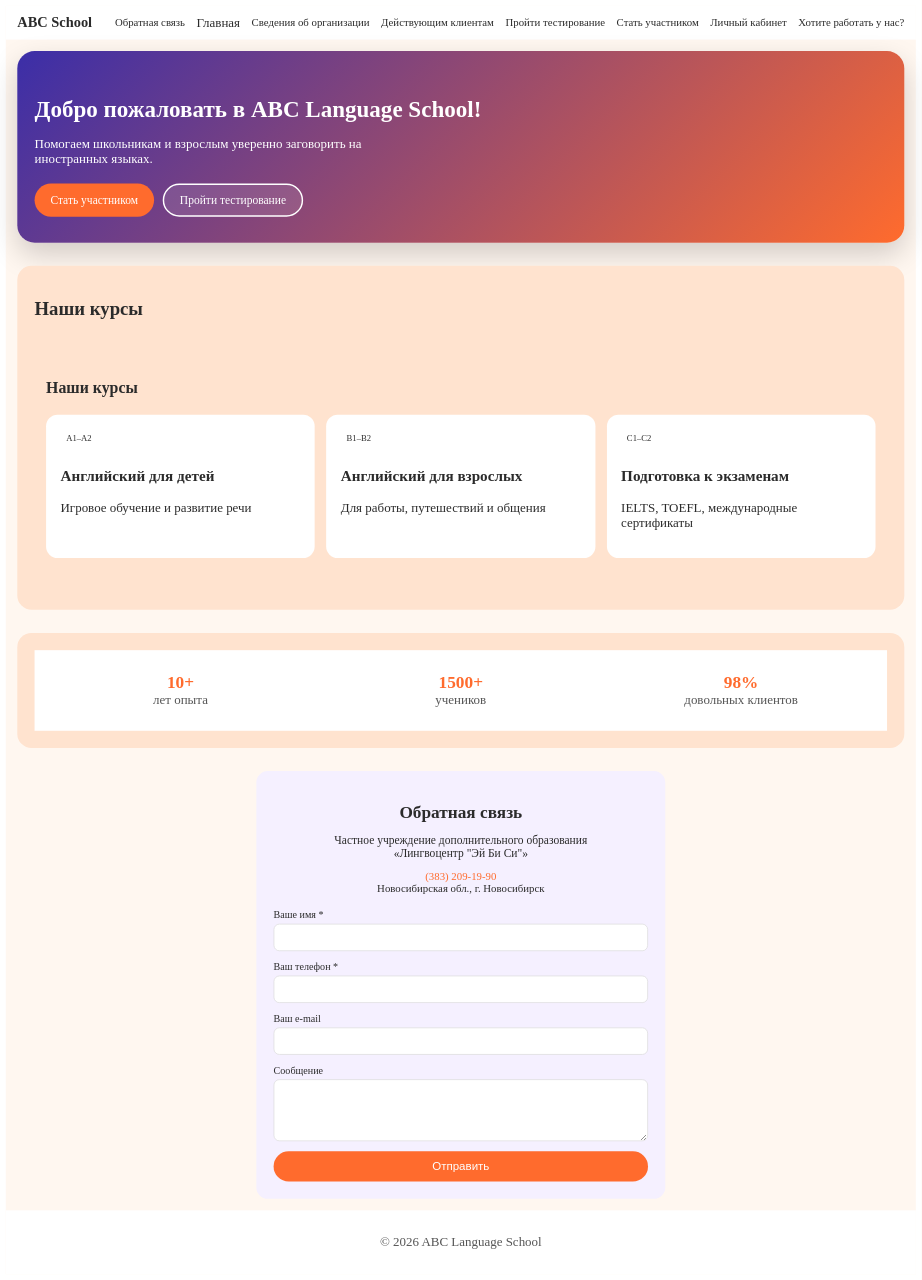
Repository: vidergooold/abc-language-school
Page: / (app in frontend/)
The author's editor kept a copy of each file at every save. The page is drawn from the files as they stood at one save, then again after the next save.
The browser window is 1280 px wide. The pictures show the whole page, at 72% of full size.
The project was rebuilt for these pictures with package versions that can differ from the ones it lists, and the page was loaded fresh each time. Also part of the build but not shown: frontend/vite.config.ts, frontend/src/components/courses/CoursesFilter.vue, frontend/src/components/courses/CourseCard.vue, frontend/src/components/courses/CoursesGrid.vue, frontend/src/pages/Courses.vue, frontend/src/pages/Login.vue, frontend/src/pages/Register.vue, frontend/src/components/layout/AccountLayout.vue and 2 more.

Above is the page before, as saved 2026-01-10 21:12:06.

After the next save:
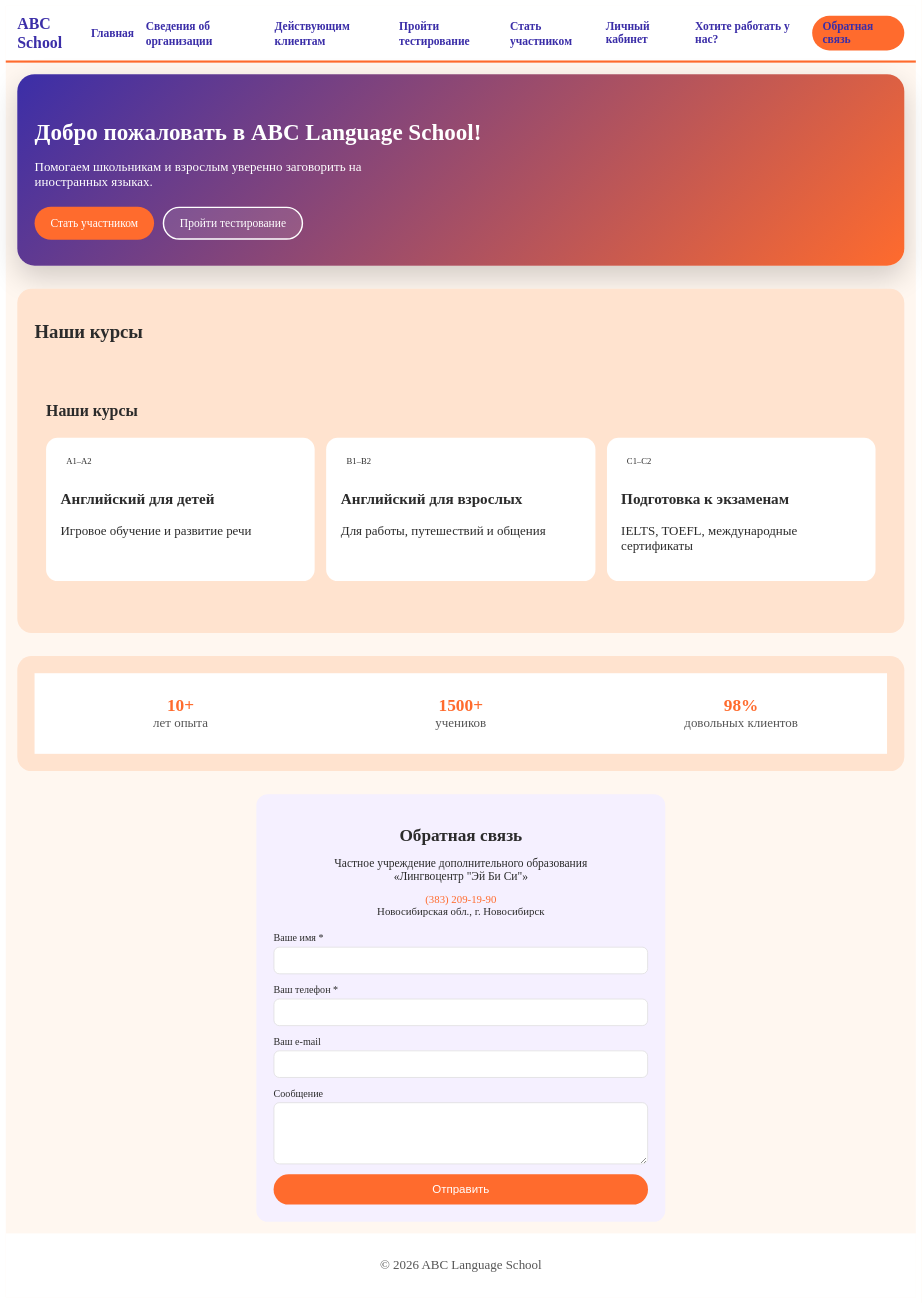
Saved 29 s later.
--- a/frontend/src/components/layout/Header.vue
+++ b/frontend/src/components/layout/Header.vue
@@ -3,12 +3,8 @@
     <div class="logo">ABC School</div>
 
     <nav class="nav">
-      <RouterLink to="/#feedback" class="nav-item">
-        Обратная связь
-      </RouterLink>
       <RouterLink to="/">Главная</RouterLink>
 
-      <!-- Сведения об образовательной организации -->
       <div class="nav-item nav-dropdown">
         <span>Сведения об организации</span>
         <div class="nav-dropdown__menu">
@@ -28,7 +24,6 @@
         </div>
       </div>
 
-      <!-- Действующим клиентам -->
       <div class="nav-item nav-dropdown">
         <span>Действующим клиентам</span>
         <div class="nav-dropdown__menu">
@@ -45,7 +40,6 @@
         </div>
       </div>
 
-      <!-- Пройти тестирование -->
       <div class="nav-item nav-dropdown">
         <span>Пройти тестирование</span>
         <div class="nav-dropdown__menu">
@@ -57,7 +51,6 @@
         </div>
       </div>
 
-      <!-- Стать участником -->
       <div class="nav-item nav-dropdown">
         <span>Стать участником</span>
         <div class="nav-dropdown__menu">
@@ -69,14 +62,16 @@
         </div>
       </div>
 
-      <!-- Личный кабинет -->
       <RouterLink to="/account" class="nav-item">
         Личный кабинет
       </RouterLink>
 
-      <!-- Хотите работать у нас? -->
       <RouterLink to="/jobs" class="nav-item">
         Хотите работать у нас?
+      </RouterLink>
+
+      <RouterLink to="/#feedback" class="nav-item nav-feedback">
+        Обратная связь
       </RouterLink>
     </nav>
   </header>
@@ -92,12 +87,14 @@ import { RouterLink } from 'vue-router'
   justify-content: space-between;
   align-items: center;
   padding: 12px 16px;
-  background: var(--bg-white);
+  background: #ffffff;
+  border-bottom: 3px solid var(--brand-orange);
 }
 
 .logo {
   font-weight: 700;
-  font-size: 20px;
+  font-size: 22px;
+  color: var(--brand-purple);
 }
 
 .nav {
@@ -106,35 +103,36 @@ import { RouterLink } from 'vue-router'
   align-items: center;
 }
 
+.nav a,
+.nav-item span {
+  font-size: 16px;
+  font-weight: 600;
+  color: var(--brand-purple);
+  text-decoration: none;
+}
+
 .nav-item {
   position: relative;
-  font-size: 15px;
   cursor: pointer;
-  color: var(--text-main);
 }
 
-.nav a {
-  text-decoration: none;
-  color: var(--text-main);
-}
-
-/* Выпадающие меню */
-.nav-dropdown:hover .nav-dropdown__menu {
-  display: flex;
-}
-
+/* выпадающие меню */
 .nav-dropdown__menu {
   display: none;
   position: absolute;
   top: 120%;
   left: 0;
   flex-direction: column;
-  background: var(--bg-white);
+  background: #fff7f0;
   padding: 8px 0;
-  border-radius: 8px;
-  box-shadow: 0 6px 18px rgba(0, 0, 0, 0.12);
-  min-width: 220px;
+  border-radius: 10px;
+  box-shadow: 0 6px 18px rgba(0, 0, 0, 0.18);
+  min-width: 240px;
   z-index: 10;
+}
+
+.nav-dropdown:hover .nav-dropdown__menu {
+  display: flex;
 }
 
 .nav-dropdown__menu a {
@@ -144,6 +142,13 @@ import { RouterLink } from 'vue-router'
 }
 
 .nav-dropdown__menu a:hover {
-  background: #f3f4f6;
+  background: #ffe3cf;
+}
+
+.nav-feedback {
+  padding: 6px 14px;
+  border-radius: 999px;
+  background: var(--brand-orange);
+  color: #ffffff;
 }
 </style>
